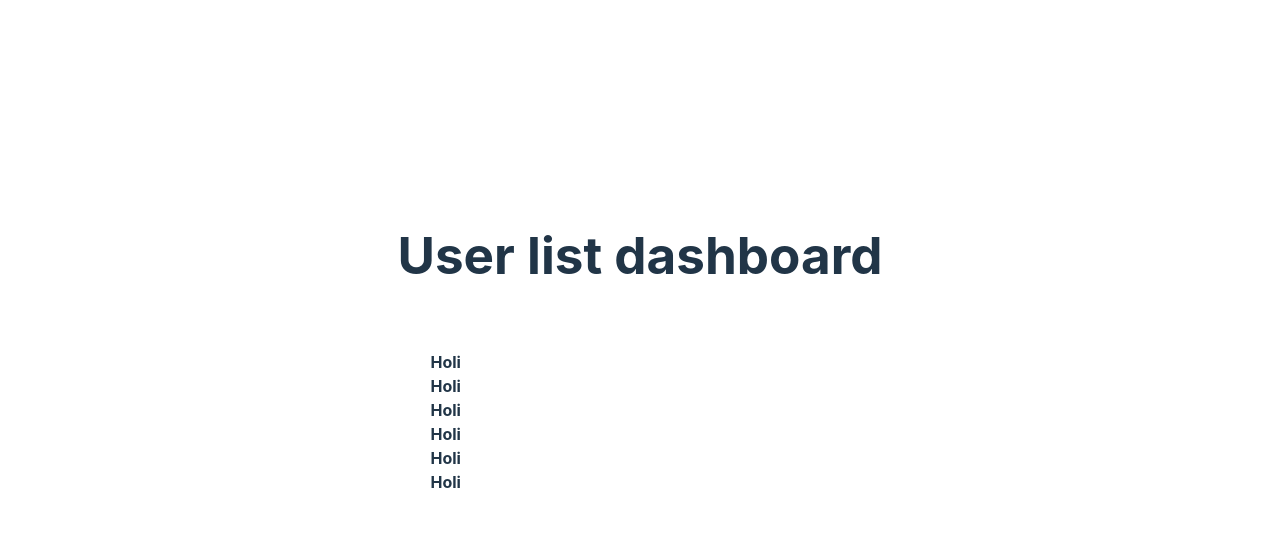
Repository: atzin-escandia/react-typescript-users-dashboard
Page: /
An editor plug-in stored every save of this project. The page is shown before and after the next save, followed by the edit.
The browser window is 1280 px wide. The pictures show the whole page.
The page's requests for data from a server got no answer. The project was rebuilt for these pictures with package versions that can differ from the ones it lists, and the page was loaded fresh each time. No one was signed in, and anything a server would have sent is missing. Also part of the build but not shown: vite.config.ts.

Above is the page before, as saved 2023-10-08 20:58:09.

After the next save:
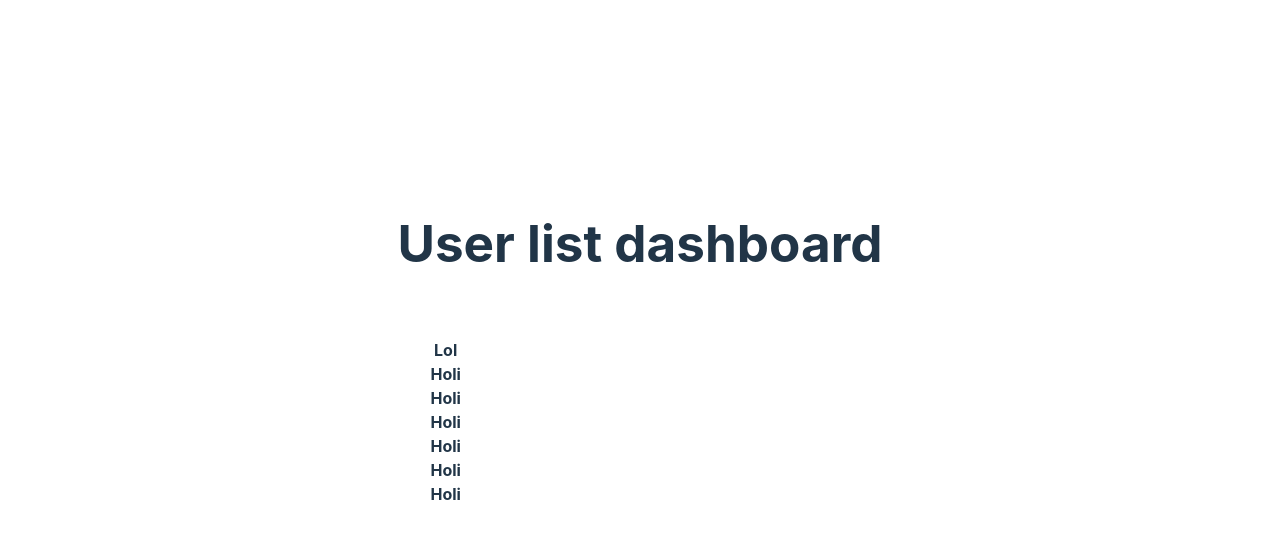
Saved 6 s later.
--- a/src/App.tsx
+++ b/src/App.tsx
@@ -17,6 +17,7 @@
       <section className="card">
         {/* {JSON.stringify(users)} */}
         <th>
+          Lol
           <tr>Holi</tr>
           <tr>Holi</tr>
           <tr>Holi</tr>
